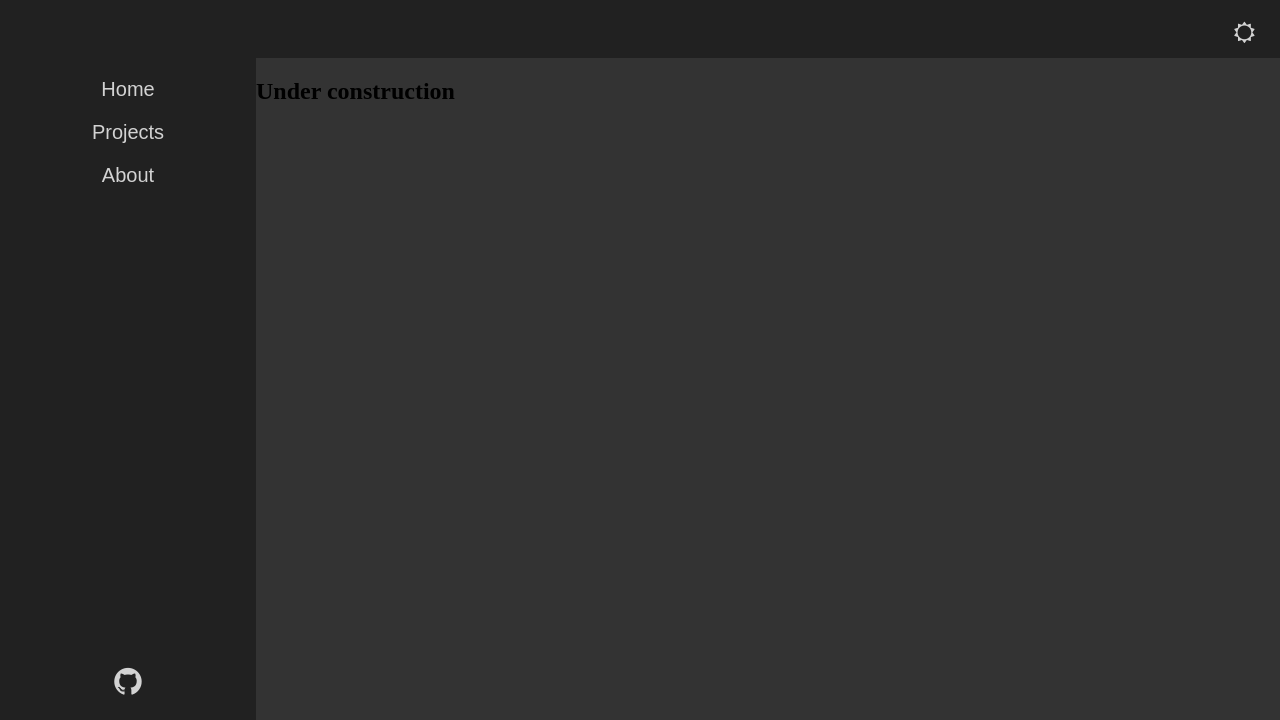
Repository: josephinel6/josephinel6.github.io
Page: index.html
The author's editor kept a copy of each file at every save. The page is drawn from the files as they stood at one save, then again after the next save.
The browser window is 1280 px wide. The pictures show the whole page.

Above is the page before, as saved 2023-04-06 13:13:49.

After the next save:
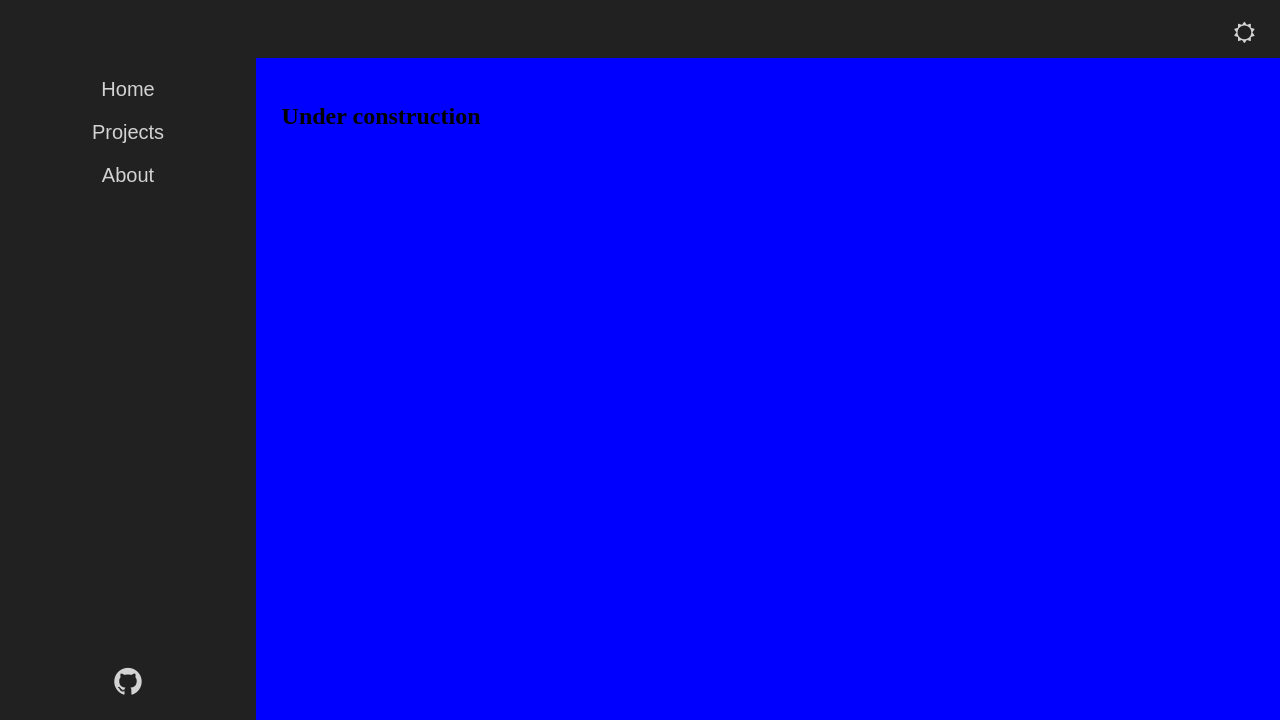
Saved 17 s later.
--- a/index.html
+++ b/index.html
@@ -84,7 +84,8 @@
         }
 
         #window {
-            background-color: var(--color-page-bg);
+            /* background-color: var(--color-page-bg); */
+            background-color: blue;
             position: absolute;
             height: 92%;
             overflow: hidden;
@@ -102,7 +103,7 @@
             width: 100vh;
             position: absolute;
             overflow-y: scroll;
-            /* padding: 2.5%; */
+            padding: 2.5%;
             /* margin-top: 2.5%;
             margin-left: 2.5%; */
         }

After the save that followed:
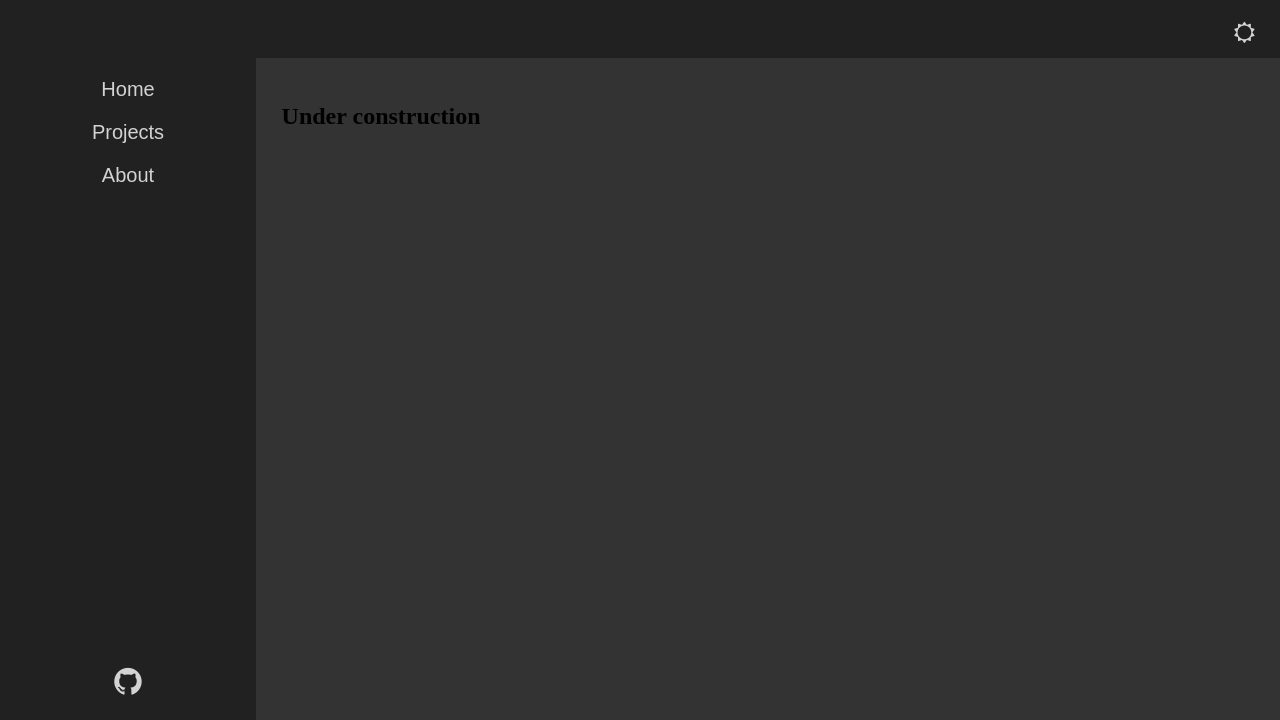
Saved 12 s later.
--- a/index.html
+++ b/index.html
@@ -84,8 +84,7 @@
         }
 
         #window {
-            /* background-color: var(--color-page-bg); */
-            background-color: blue;
+            background-color: var(--color-page-bg);
             position: absolute;
             height: 92%;
             overflow: hidden;
@@ -101,7 +100,7 @@
         .tabcontent {
             height: 100%;
             width: 100vh;
-            position: absolute;
+            position: relative;
             overflow-y: scroll;
             padding: 2.5%;
             /* margin-top: 2.5%;
